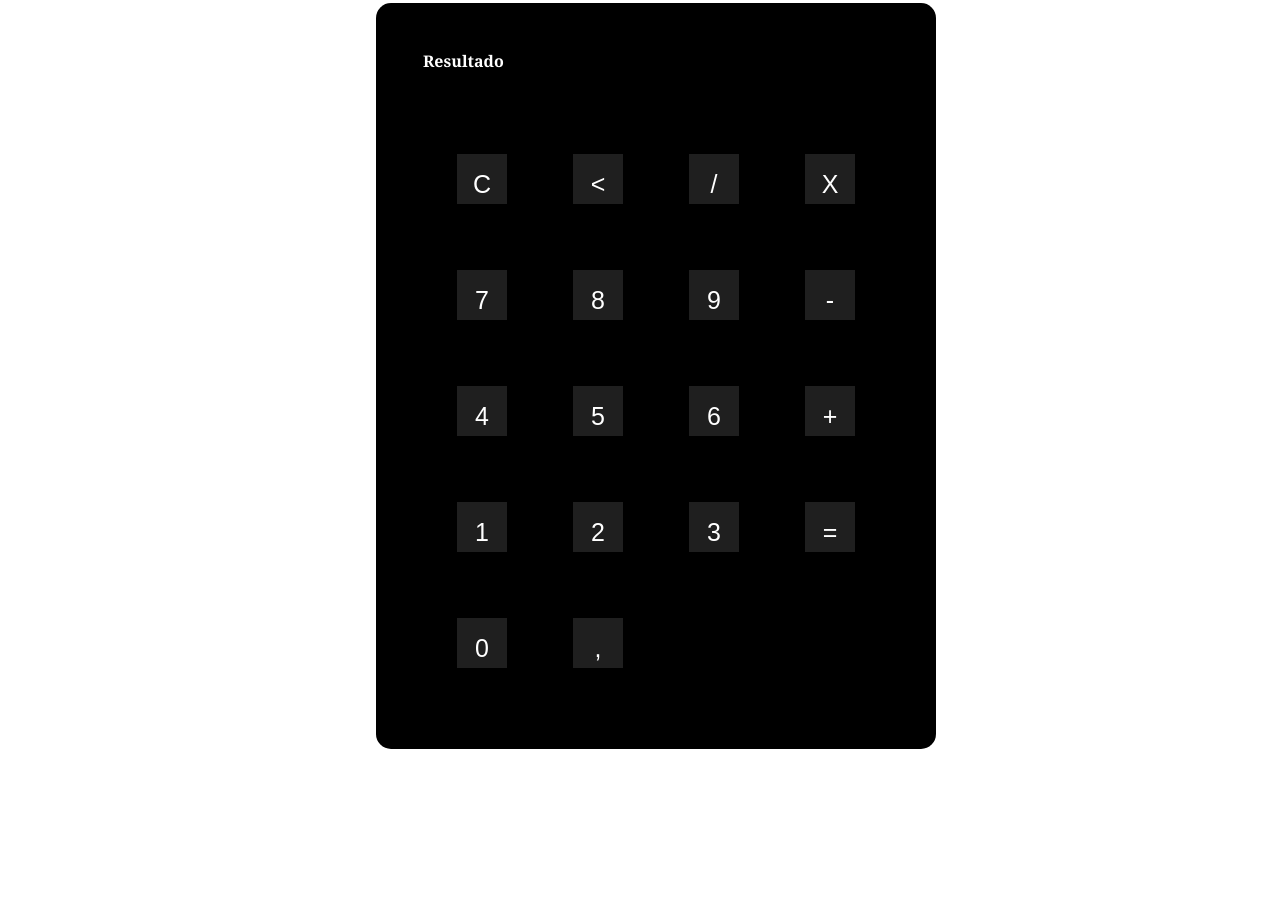
Repository: marllon-hetzler/calculadora.js
Page: interface.html
These files come from the project's save history. The page is drawn as it stood at one moment and after the next save; the edit follows.
The browser window is 1280 px wide. The pictures show the whole page.

Above is the page before, as saved 2022-11-04 19:23:13.

After the next save:
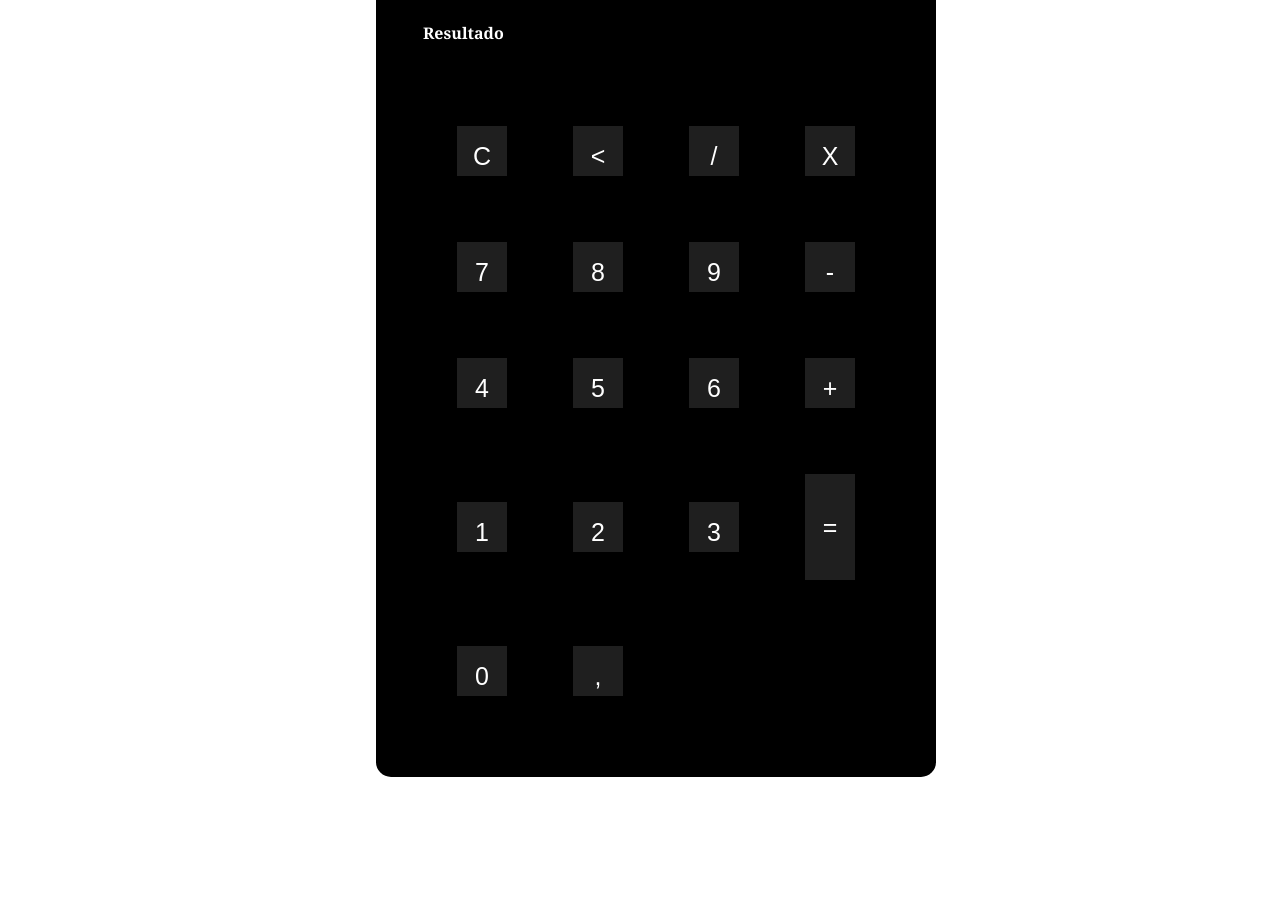
Saved 8 s later.
--- a/interface.html
+++ b/interface.html
@@ -75,7 +75,7 @@
                 <td><button class ="botao">1</button></td>
                 <td><button class ="botao">2</button></td>
                 <td><button class ="botao">3</button></td>
-                <td><button class ="botao" style="height: ;106px">=</button></td>
+                <td><button class ="botao" style="height:106px;">=</button></td>
             </tr>
 
             <tr>
